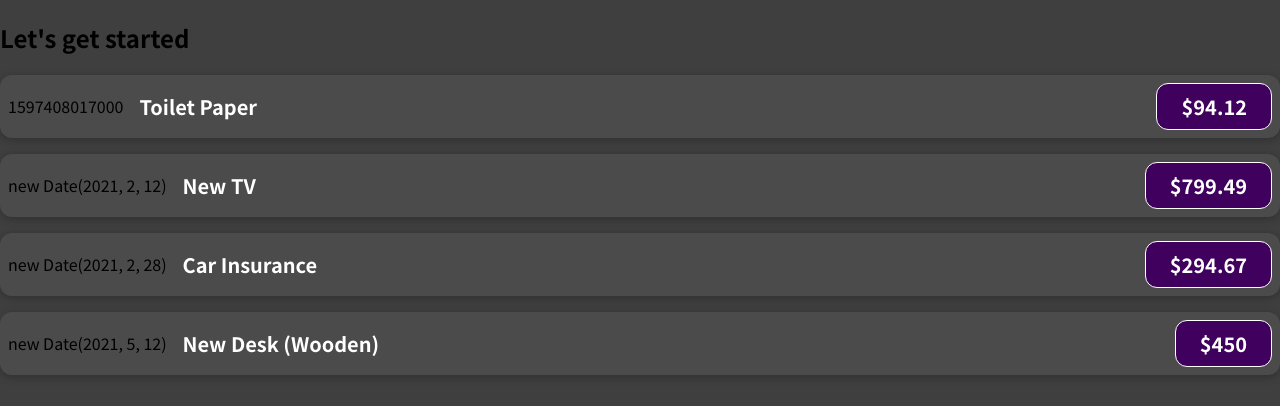
Repository: runner855/expense-tracker
Page: /
These files come from the project's save history. The page is drawn as it stood at one moment and after the next save; the edit follows.
The browser window is 1280 px wide. The pictures show the whole page.
The project was rebuilt for these pictures with package versions that can differ from the ones it lists, and the page was loaded fresh each time.

Above is the page before, as saved 2022-09-02 14:47:36.

After the next save:
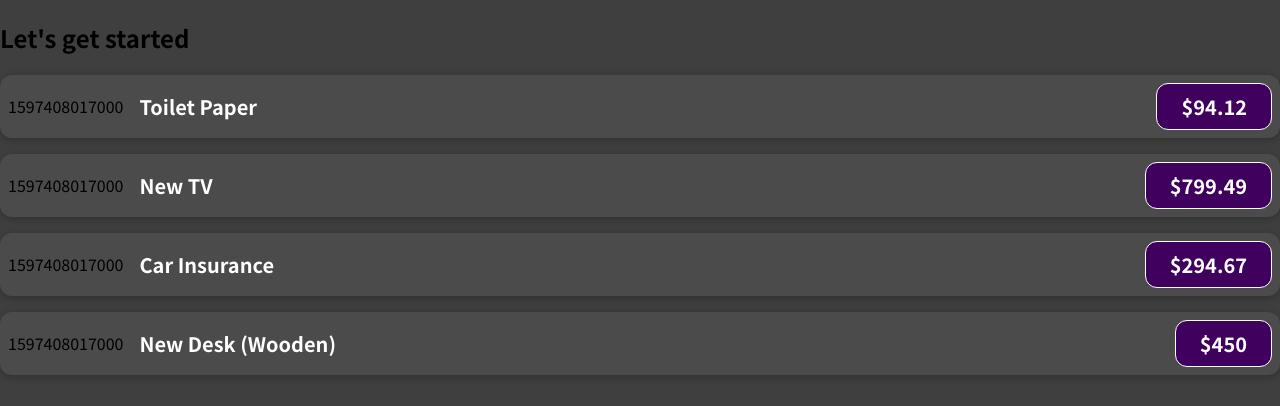
Saved 3 min 6 s later.
--- a/src/data/expenses.json
+++ b/src/data/expenses.json
@@ -10,19 +10,19 @@
       "id": "e2",
       "title": "New TV",
       "amount": 799.49,
-      "date": "new Date(2021, 2, 12)"
+      "date": 1597408017000
     },
     {
       "id": "e3",
       "title": "Car Insurance",
       "amount": 294.67,
-      "date": "new Date(2021, 2, 28)"
+      "date": 1597408017000
     },
     {
       "id": "e4",
       "title": "New Desk (Wooden)",
       "amount": 450,
-      "date": "new Date(2021, 5, 12)"
+      "date": 1597408017000
     }
   ]
 }
